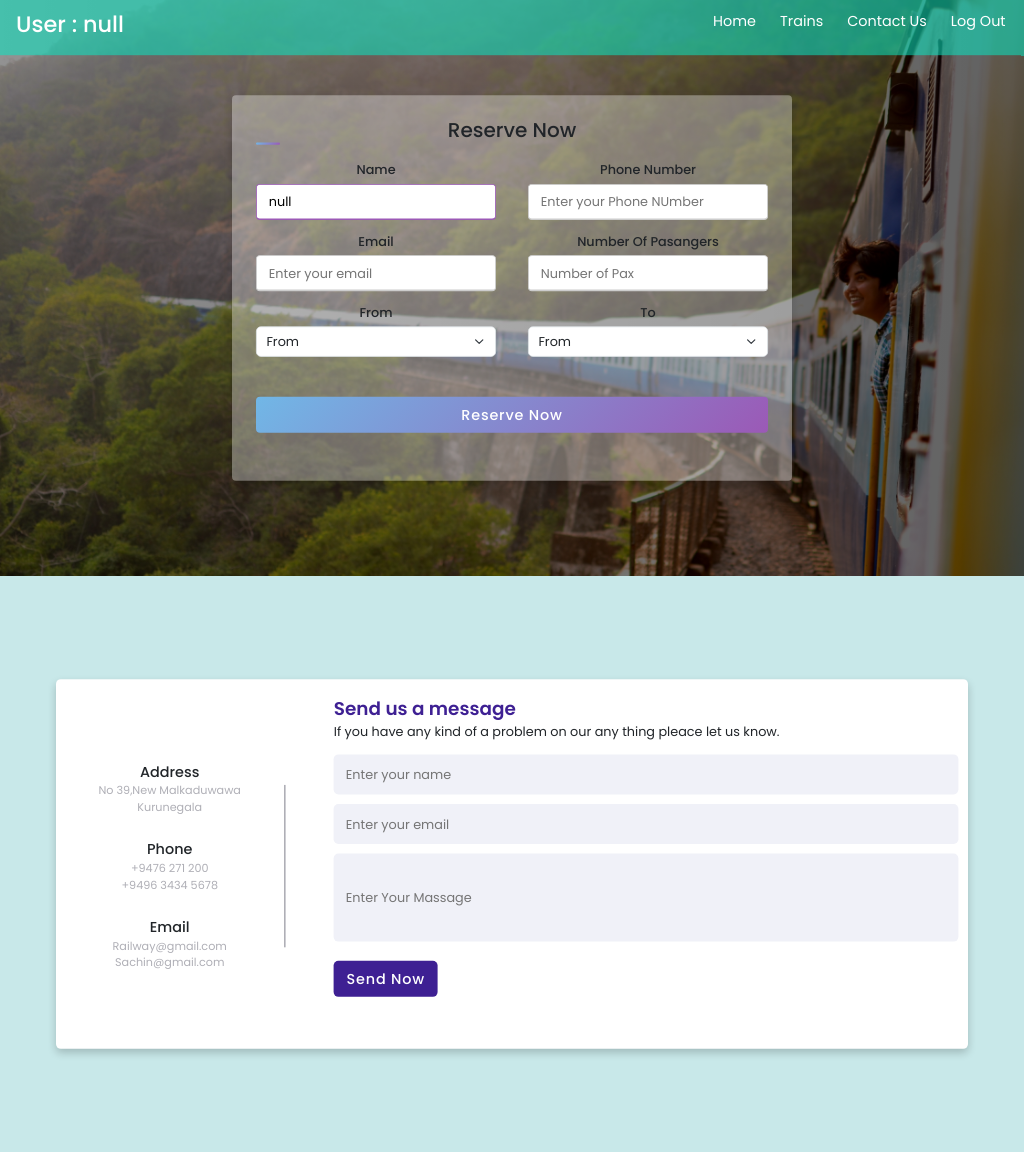
Repository: SachinUthpala/Railway-Reservation
Page: http://localhost/Railway/Reserve/reserve.jsp
The author's editor kept a copy of each file at every save. The page is drawn from the files as they stood at one save, then again after the next save.
The browser window is 1280 px wide. The pictures show the whole page, at 80% of full size.
The page is served by Tomcat 9. Other server files are loaded and not shown.

Above is the page before, as saved 2023-05-21 06:59:25.

### Railway/src/main/webapp/Reserve/reserve.jsp
<%@ page language="java" contentType="text/html; charset=UTF-8"
    pageEncoding="UTF-8"%>
<%

String Username;
Username = (String)session.getAttribute("user_name");
System.out.println("\n Username :"+Username);



%>
<!DOCTYPE html>
<!-- Created By CodingLab - www.codinglabweb.com -->
<html lang="en" dir="ltr">
  <head>
    <meta charset="UTF-8">
    <title>Resive</title>
    <link rel="stylesheet" href="style/style.css">
    <link rel="stylesheet" href="./style/boostrap.min.css">
     <meta name="viewport" content="width=device-width, initial-scale=1.0">
  <!-- Styles of the webpage -->

</head>


<body>

  <div class="nav">
    <h3 style="padding-left:20px ;">User :  <%=Username %></h3>
    <ul>
      <li><a href="#">Home</a></li>
      <li><a href="../Train_res">Trains</a></li>
      <li><a href="#contact">Contact Us</a></li>
      <li><a href="#">Log Out</a></li>
    </ul>
  </div>
<!-- Resavation Form Start -->
<div class="mainContainer">

  <div class="containers">
    <div class="title">Reserve Now</div>
    <div class="content">
      <form action="../insertReserve" method="post">
        <div class="user-details">
          <div class="input-box">
            <span class="details">Name</span>
            <input type="text" placeholder="Enter your name" required name="uname" value="<%=Username%>">
          </div>
          <div class="input-box">
            <span class="details">Phone Number</span>
            <input type="text" placeholder="Enter your Phone NUmber" required name="phone">
          </div>
          <div class="input-box">
            <span class="details">Email</span>
            <input type="text" placeholder="Enter your email" required name="email">
          </div>
          <div class="input-box">
            <span class="details">Number Of Pasangers</span>
            <input type="text" placeholder="Number of Pax" required name="pax">
          </div>
          <div class="input-box">
            <span class="details">From</span>


            <select class="form-select" aria-label="Default select example" name="from">
  			<option selected>From</option>
 		 	<option value="ONE">One</option>
  			<option value="SACHIN">Two</option>
  			<option value="CHAMARA">Three</option>
			</select>


          </div>
          <div class="input-box">
            <span class="details">To</span>

            <select class="form-select" aria-label="Default select example" name="to">
  			<option selected>From</option>
 		 	<option value="1">One</option>
  			<option value="2">Two</option>
  			<option value="DDD">Three</option>
			</select>


          </div>
        </div>
        <div class="button">
          <input type="submit" value="Reserve Now">
        </div>
      </form>
    </div>
  </div>
</div>
<!-- resavation form end -->



<!--contact us form-->
<div class="mainContact" id="contact">
<div class="container">
  <div class="content">
    <div class="left-side">
      <div class="address details">
        <i class="fas fa-map-marker-alt"></i>
        <div class="topic">Address</div>
        <div class="text-one">No 39,New Malkaduwawa</div>
        <div class="text-two">Kurunegala</div>
      </div>
      <div class="phone details">
        <i class="fas fa-phone-alt"></i>
        <div class="topic">Phone</div>
        <div class="text-one">+9476 271 200</div>
        <div class="text-two">+9496 3434 5678</div>
      </div>
      <div class="email details">
        <i class="fas fa-envelope"></i>
        <div class="topic">Email</div>
        <div class="text-one">Railway@gmail.com</div>
        <div class="text-two">Sachin@gmail.com</div>
      </div>
    </div>
    <div class="right-side">
      <div class="topic-text">Send us a message</div>
      <p>If you have any kind of a problem on our any thing pleace let us know.</p>
    <form action="#">
      <div class="input-box">
        <input type="text" placeholder="Enter your name">
      </div>
      <div class="input-box">
        <input type="text" placeholder="Enter your email">
      </div>
      <div class="input-box message-box">
        <input type="text" name="" id="" placeholder="Enter Your Massage">
      </div>
      <div class="button">
        <input type="button" value="Send Now" >
      </div>
    </form>
  </div>
  </div>
</div>
</div>


</body>
</html>

### Railway/src/main/webapp/Reserve/style/style.css
@import url('https://fonts.googleapis.com/css2?family=Poppins:wght@200;300;400;500;600;700&display=swap');
*{
  margin: 0;
  padding: 0;
  box-sizing: border-box;
  font-family: 'Poppins',sans-serif;
}



/*navigation nav */
.nav{
  display: flex;
  flex-direction: row;
  justify-content: space-between;
  padding: 8px ;
  align-items: center;
  background-color: #06e7c28a;
  z-index: 100000000000000000000000000000000000;
  position: fixed;
  width: 100%;
  color: #fff;
}

.nav ul{
  display: flex;
  flex-direction: row;
  list-style-type: none;
}

.nav ul li{
  padding: 5px;
}

.nav ul li a{
  text-decoration: none;
  font-size: 18px;
  color:#fff;
  padding: 10px;
}


.nav ul li a:hover{
  border-bottom: 2px solid #0498fa;
  color: rgb(255, 255, 255);
  transition: 0.3s;
}

/*end of nav bar */





/*-------contact us form */

.mainContact{
  min-height: 100vh;
  width: 100%;
  background: #c8e8e9;
  display: flex;
  align-items: center;
  justify-content: center;
}


.container{
  width: 85%;
  background: #fff;
  border-radius: 6px;
  padding: 20px 60px 30px 40px;
  box-shadow: 0 5px 10px rgba(0, 0, 0, 0.2);
}
.container .content{
  display: flex;
  align-items: center;
  justify-content: space-between;
}
.container .content .left-side{
  width: 25%;
  height: 100%;
  display: flex;
  flex-direction: column;
  align-items: center;
  justify-content: center;
  margin-top: 15px;
  position: relative;
}
.content .left-side::before{
  content: '';
  position: absolute;
  height: 70%;
  width: 2px;
  right: -15px;
  top: 50%;
  transform: translateY(-50%);
  background: #afafb6;
}
.content .left-side .details{
  margin: 14px;
  text-align: center;
}
.content .left-side .details i{
  font-size: 30px;
  color: #3e2093;
  margin-bottom: 10px;
}
.content .left-side .details .topic{
  font-size: 18px;
  font-weight: 500;
}
.content .left-side .details .text-one,
.content .left-side .details .text-two{
  font-size: 14px;
  color: #afafb6;
}
.container .content .right-side{
  width: 75%;
  margin-left: 75px;
}
.content .right-side .topic-text{
  font-size: 23px;
  font-weight: 600;
  color: #3e2093;
}
.right-side .input-box{
  height: 50px;
  width: 100%;
  margin: 12px 0;
}
.right-side .input-box input,
.right-side .input-box textarea{
  height: 100%;
  width: 100%;
  border: none;
  outline: none;
  font-size: 16px;
  background: #F0F1F8;
  border-radius: 6px;
  padding: 0 15px;
  resize: none;
}
.right-side .message-box{
  min-height: 110px;
}
.right-side .input-box textarea{
  padding-top: 6px;
}
.right-side .button{
  display: inline-block;
  margin-top: 12px;
}
.right-side .button input[type="button"]{
  color: #fff;
  font-size: 18px;
  outline: none;
  border: none;
  padding: 8px 16px;
  border-radius: 6px;
  background: #3e2093;
  cursor: pointer;
  transition: all 0.3s ease;
}
.button input[type="button"]:hover{
  background: #5029bc;
}
@media (max-width: 950px) {
  .container{
    width: 90%;
    padding: 30px 40px 40px 35px ;
  }
  .container .content .right-side{
   width: 75%;
   margin-left: 55px;
}
}
@media (max-width: 820px) {
  .container{
    margin: 40px 0;
    height: 100%;
  }
  .container .content{
    flex-direction: column-reverse;
  }
 .container .content .left-side{
   width: 100%;
   flex-direction: row;
   margin-top: 40px;
   justify-content: center;
   flex-wrap: wrap;
 }
 .container .content .left-side::before{
   display: none;
 }
 .container .content .right-side{
   width: 100%;
   margin-left: 0;
 }
}





/*trains--*/
.trains{
  width: 100%;
  height: 100vh;
  background-color: #71b7e62f;
}

.trains h1{
  padding: 20px 0;
  text-align: center;
}



.mainContainer{
  text-align:center;
  height: 100vh;
  display: flex;
  justify-content: center;
  align-items: center;
  padding: 10px;
  background-image:linear-gradient(to left,#0000009d,#0000006b), url("../imgs/jk-gJhev0YgUcE-unsplash.jpg");
  background-size: cover;
}
.containers{
  max-width: 700px;
  width: 100%;
  background-color: #ffffff57;
  padding: 25px 30px;
  border-radius: 5px;
  box-shadow: 0 5px 10px rgba(0,0,0,0.15);
}
.containers .title{
  font-size: 25px;
  font-weight: 500;
  position: relative;
}
.containers .title::before{
  content: "";
  position: absolute;
  left: 0;
  bottom: 0;
  height: 3px;
  width: 30px;
  border-radius: 5px;
  background: linear-gradient(135deg, #71b7e6, #9b59b6);
}
.content form .user-details{
  display: flex;
  flex-wrap: wrap;
  justify-content: space-between;
  margin: 20px 0 12px 0;
}
form .user-details .input-box{
  margin-bottom: 15px;
  width: calc(100% / 2 - 20px);
}
form .input-box span.details{
  display: block;
  font-weight: 500;
  margin-bottom: 5px;
}
.user-details .input-box input{
  height: 45px;
  width: 100%;
  outline: none;
  font-size: 16px;
  border-radius: 5px;
  padding-left: 15px;
  border: 1px solid #ccc;
  border-bottom-width: 2px;
  transition: all 0.3s ease;
}
.user-details .input-box input:focus,
.user-details .input-box input:valid{
  border-color: #9b59b6;
}
 form .gender-details .gender-title{
  font-size: 20px;
  font-weight: 500;
 }
 form .category{
   display: flex;
   width: 80%;
   margin: 14px 0 ;
   justify-content: space-between;
 }
 form .category label{
   display: flex;
   align-items: center;
   cursor: pointer;
 }
 form .category label .dot{
  height: 18px;
  width: 18px;
  border-radius: 50%;
  margin-right: 10px;
  background: #d9d9d9;
  border: 5px solid transparent;
  transition: all 0.3s ease;
}
 #dot-1:checked ~ .category label .one,
 #dot-2:checked ~ .category label .two,
 #dot-3:checked ~ .category label .three{
   background: #9b59b6;
   border-color: #d9d9d9;
 }
 form input[type="radio"]{
   display: none;
 }
 form .button{
   height: 45px;
   margin: 35px 0
 }
 form .button input{
   height: 100%;
   width: 100%;
   border-radius: 5px;
   border: none;
   color: #fff;
   font-size: 18px;
   font-weight: 500;
   letter-spacing: 1px;
   cursor: pointer;
   transition: all 0.3s ease;
   background: linear-gradient(135deg, #71b7e6, #9b59b6);
 }
 form .button input:hover{
  /* transform: scale(0.99); */
  background: linear-gradient(-135deg, #71b7e6, #9b59b6);
  }
 @media(max-width: 584px){
 .container{
  max-width: 100%;
}
form .user-details .input-box{
    margin-bottom: 15px;
    width: 100%;
  }
  form .category{
    width: 100%;
  }
  .content form .user-details{
    max-height: 300px;
    overflow-y: scroll;
  }
  .user-details::-webkit-scrollbar{
    width: 5px;
  }
  }
  @media(max-width: 459px){
  .container .content .category{
    flex-direction: column;
  }
}

Loaded but not shown: Railway/src/main/webapp/Reserve/style/boostrap.min.css (library)

After the next save:
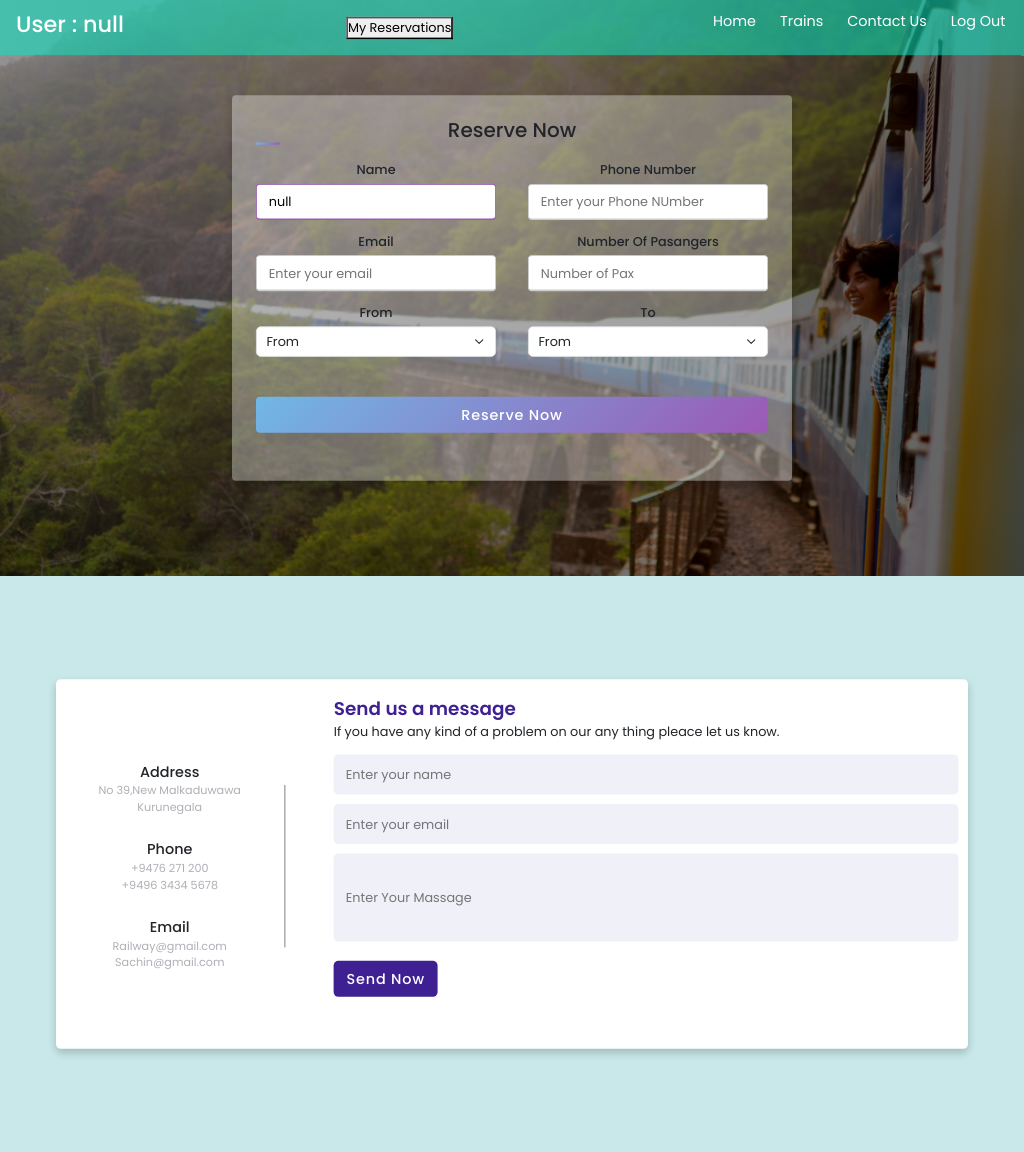
Saved 114 s later.
--- a/Railway/src/main/webapp/Reserve/reserve.jsp
+++ b/Railway/src/main/webapp/Reserve/reserve.jsp
@@ -27,6 +27,10 @@ System.out.println("\n Username :"+Username);
 
   <div class="nav">
     <h3 style="padding-left:20px ;">User :  <%=Username %></h3>
+    <form>
+    	<input type="hidden" value="<%=Username %>">
+    	<button>My Reservations</button>
+    </form>
     <ul>
       <li><a href="#">Home</a></li>
       <li><a href="../Train_res">Trains</a></li>
